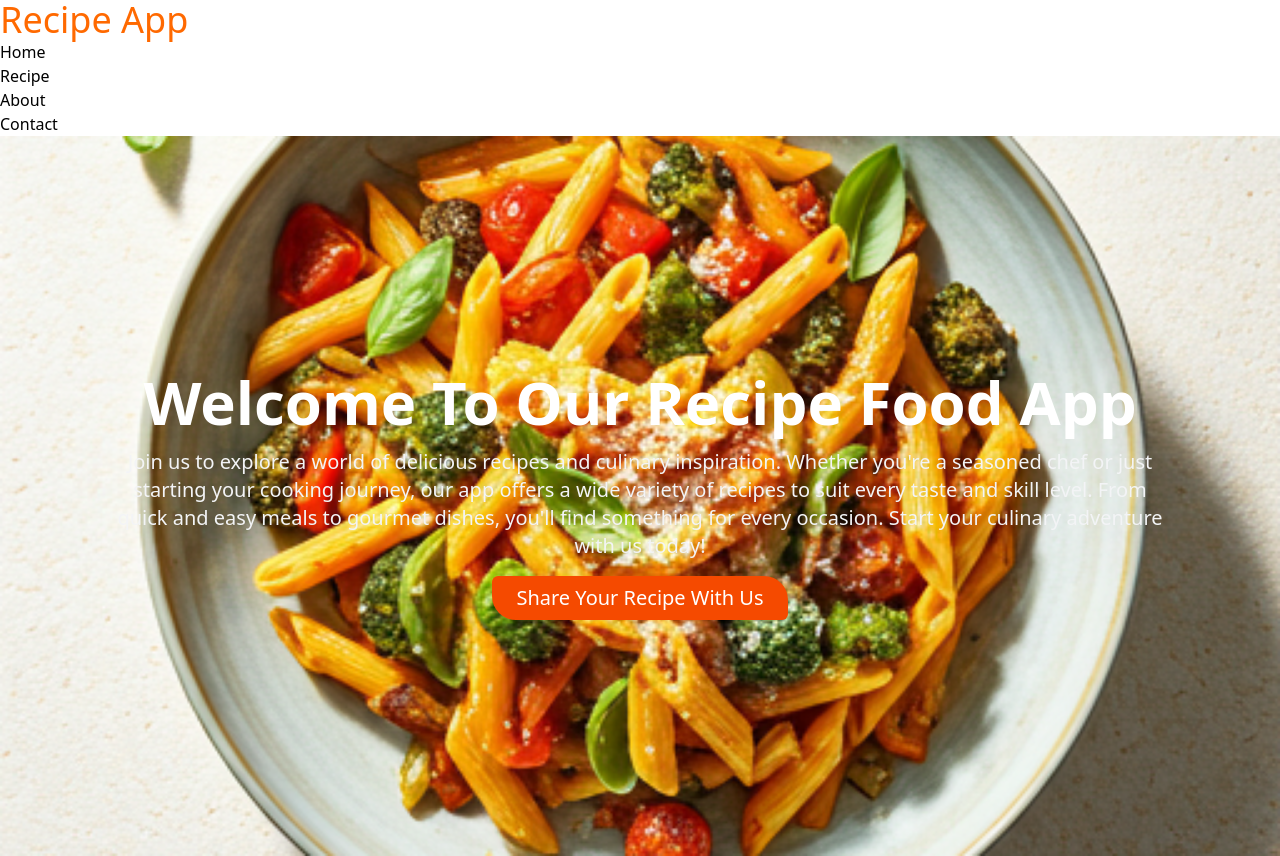
Repository: Eslam0Mohamed/mern-recipe-app
Page: / (app in FrontEnd/)
The author's editor kept a copy of each file at every save. The page is drawn from the files as they stood at one save, then again after a run of saves.
The browser window is 1280 px wide. The pictures show the whole page.
The project was rebuilt for these pictures with package versions that can differ from the ones it lists, and the page was loaded fresh each time. Also part of the build but not shown: FrontEnd/vite.config.js.

Above is the page before, as saved 2026-05-07 18:38:13.

After the next 2 saves:
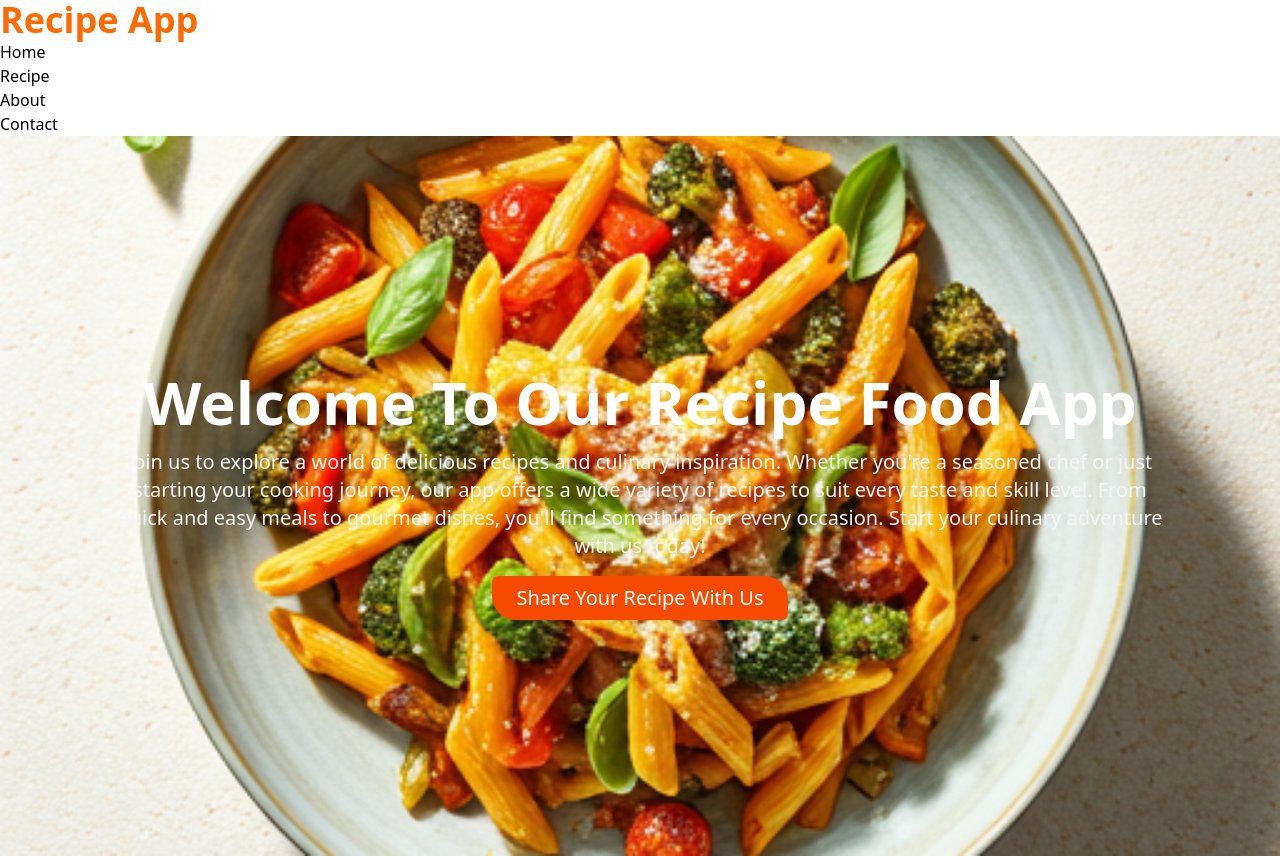
The 2 saves are shown as one change because they came seconds apart.
The last was saved 7 s later.
--- a/FrontEnd/src/components/Navbar.jsx
+++ b/FrontEnd/src/components/Navbar.jsx
@@ -4,7 +4,7 @@ const Navbar = () => {
     return (
         <header>
             <nav>
-                <div className="logo text-4xl text-orange-500 ">
+                <div className="logo text-4xl text-orange-500 font-extrabold ">
                     Recipe App
                 </div>
                 <ul>
